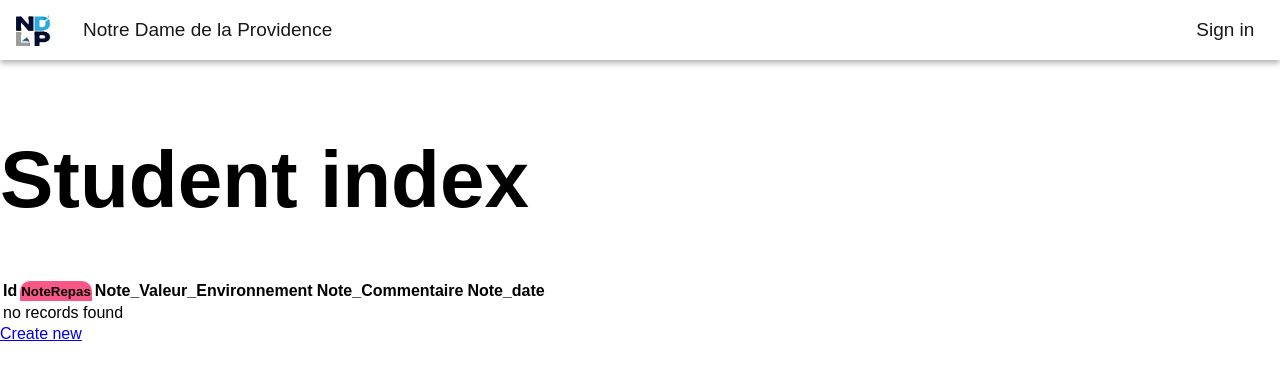
Repository: yaperson/self-feedback1
Page: templates/student/index.html.twig
These files come from the project's save history. The page is drawn as it stood at one moment and after the next save; the edit follows.
The browser window is 1280 px wide. The pictures show the whole page.
The page is a Twig template of a Symfony application; nobody is signed in and links lead nowhere. The template is opened directly, without the code that normally fills it, so the values that code supplies are empty.

Above is the page before, as saved 2021-12-09 16:46:41.

### templates/student/index.html.twig
{% extends 'base.html.twig' %}

{% block title %}Student index{% endblock %}

{% block body %}
    <h1>Student index</h1>

    <table class="table">
        <thead>
            <tr>
                <th>Id</th>
                <th style="background-color:#F85888; border-top-left-radius: 10px; -moz-border-radius-topleft: 10px; -webkit-border-top-left-radius: 10px; -khtml-border-top-left-radius: 10px; -icab-border-top-left-radius: 10px; -o-border-top-left-radius: 10px; border-top-right-radius: 10px; -moz-border-radius-topright: 10px; -webkit-border-top-right-radius: 10px; -khtml-border-top-right-radius: 10px; -icab-border-top-right-radius: 10px; -o-border-top-right-radius: 10px;"><small>NoteRepas</small></th>
                <th>Note_Valeur_Environnement</th>
                <th>Note_Commentaire</th>
                <th>Note_date</th>
                {# <th>actions</th> #}
            </tr>
        </thead>
        <tbody>
        {% for student in students %}
            <tr>
                <td>{{ student.id }}</td>
                <td>{{ student.noteRepas }}</td>
                <td>{{ student.noteValeurEnvironnement }}</td>
                <td>{{ student.noteCommentaire }}</td>
                <td>{{ student.noteDate ? student.noteDate|date('Y-m-d') : '' }}</td>
                {# <td>
                    <a href="{{ path('student_show', {'id': student.id}) }}">show</a>
                    <a href="{{ path('student_edit', {'id': student.id}) }}">edit</a>
                </td> #}
            </tr>
        {% else %}
            <tr>
                <td colspan="6">no records found</td>
            </tr>
        {% endfor %}
        </tbody>
    </table>

    <a href="{{ path('student_new') }}">Create new</a>
{% endblock %}

### templates/base.html.twig
<!doctype html>
<html lang="en">
  <head>
    <meta charset="utf-8">
    <meta name="viewport" content="width=device-width, initial-scale=1, shrink-to-fit=no">
    <meta name="description" content="">
    <meta name="author" content="">
    <title>
        {% block title %} Welcome!
        {% endblock %}

    </title>
    <link rel="shortcut icon" href="images/cropped-cropped-NDLP-3-min-e1544695116495.png" type="image/x-icon">
    <link rel="stylesheet" href="css/style.css">
    <link rel="stylesheet" href="css/home.css">
    <!-- Bootstrap core CSS -->
    {# <link rel="stylesheet" href="/css/bootstrap.css" > #}
    {# <link rel="stylesheet" href="/css/starter-template.css" > #}

    <!-- Bootstrap core JS    # MIS EN COMMENTAIRE CAR BUGUE, A REGLER #
    <script src="js/bootstrap.js" > -->

 {% block stylesheets %}
 {% endblock %}
 {% block javascripts %}
 {% endblock %}

  </head>

  <body>
        <nav class="topnav" id="myTopnav">
          <div id="left">
            <img class="topnav__link img" src="/images/cropped-cropped-NDLP-3-min-e1544695116495.png">
            <span class="topnav__link">Notre Dame de la Providence</span>
          </div>
          {% if is_granted('ROLE_USER') %}
              <div class="nav-link disabled">
                <i class="fas fa-user"></i>
                {% if app.user %}
                  <strong>{{ app.user.username }}</strong>
                {% endif %}
              </div>
              <a class="topnav__link" id="right" href="{{ path('app_logout') }}">{{'Logout'|trans}}</a>
              {% else %}
              <a class="topnav__link" id="right" href="{{ path('app_login') }}">{{'Sign in'|trans}}</a>
              {% endif %}
        </nav>

    <main>
          {% block body %}{% endblock %}

    </main><!-- /.container -->
    {#
    <!-- Bootstrap core JavaScript
    ================================================== -->
    <!-- Placed at the end of the document so the pages load faster -->
    <script src="https://code.jquery.com/jquery-3.2.1.slim.min.js" integrity="sha384-KJ3o2DKtIkvYIK3UENzmM7KCkRr/rE9/Qpg6aAZGJwFDMVNA/GpGFF93hXpG5KkN" crossorigin="anonymous"></script>
    <script>window.jQuery || document.write('<script src="../../../../assets/js/vendor/jquery-slim.min.js"><\/script>')</script>
    <script src="../../../../assets/js/vendor/popper.min.js"></script>
    <script src="../../../../dist/js/bootstrap.min.js"></script> #}
  </body>
</html>

### public/css/style.css
html{
    width: 100%;
    width: 100%;
    height: 100%;
}

body{
    display: grid;
    margin: 0;
    width: 100%;
    height: 100vh;
    font-family: Arial, Helvetica, sans-serif;
}

main {
  margin-top: 5rem;
}

#btn5 {
  background: linear-gradient(180deg, #2aa1d4 0%, rgba(42, 158, 207, 0.992) 0.01%, rgba(43, 158, 207, 0.65) 99.97%, rgba(41, 157, 207, 0.67) 99.98%, rgba(45, 170, 225, 0.89) 100%);
  box-shadow: 0px 4px 4px rgba(0, 0, 0, 0.12);
  border-radius: 30px;
  border: none;
}
/***********************************************/
.topnav {
  overflow: hidden;
  background-color: rgb(255, 255, 255);
  box-shadow: 0 3px 6px 0 rgb(175, 175, 175);
  user-select: none;
  z-index: 2;
  display: flex;
  align-items: center;
  justify-content: space-between;
  position: fixed;
  width: 100%;
}
.topnav .topnav__link {
  float: left;
  color: #181818;
  padding: 14px 16px;
  text-decoration: none;
  font-size: 19px;
  transition: 0.2s;
}
#left {
  display: flex;
  align-items: center;
}
#right {
  float: right;
  /* margin-left: 75%; */
  padding-right: 2%;
}
.img {
  width: 35px;
  height: 32px;
  left: 11px;
  top: 7px;
}
.topnav .topnav__link:hover {
  color: #060c18;
  transition: 0.2s;
}
  /*****/
  .foo-container {
    display: flex;
    position: absolute;
    justify-content: center;
    align-items: center;
    bottom: 0;
    width: 100%;
    /* height: 164px; */
    color: white;
    background: #424242;
  }
  .bloc {
    display: flex;
    justify-content: space-around;
    margin: 10px;
    width: 50%;
  }

/***********************************************/

.error{
  display: flex;
  position: absolute;
  justify-content: center;
  align-items: center;
  width: 100%;
  height: 50px;
  background-color: red;
  animation: kboom infinite 1s;
  color: white;
}

@keyframes kboom {
  0%{
    background-color: red;
  }
  100%{
    background-color: blue;
  }
}



element.style {
  background-image: url(assets/img/image1.jpg);
  height: 100vh;
}
.bg-image {
  display: flex;
  justify-content: center;
  align-items: center;
  position: relative;
  overflow: hidden;
  background-repeat: no-repeat;
  background-size: cover;
  background-position: 50%;
}

@media (max-width: 750px) {
  .foo-container {
    color: #b6b6fb;
  }
  .topnav {
    max-width: 100%;
  }
}

### public/css/home.css
.main__title{
    display: flex;
    justify-content: center;
}

h1{
    font-size: 5rem;
}

/***************/
.main__btn{
    justify-content: center;
    align-content: center;
    align-items: center;
    text-align: center;
    display: flex;
}

#btn5{
    display: flex;
    align-items: center;
    justify-content: center;
    position: relative;
    overflow: hidden;
    color: rgb(255, 255, 255);
    mix-blend-mode: normal;
    cursor: pointer;
    outline: none;
    border: none;
    width: 20%;
    height: 60px;
    text-decoration: none;
}
.TxtBtn {
    position: relative;
    pointer-events: none;
}

@media screen and (max-width: 750px) {
    main{
        max-width: 100%;
    }
    .main__title{
        max-width: 320px;
        font-size: 50px;
    }
    h3{
        font-size: 50px;
    }
    #target{
        font-size: 50px;
    }
}

After the next save:
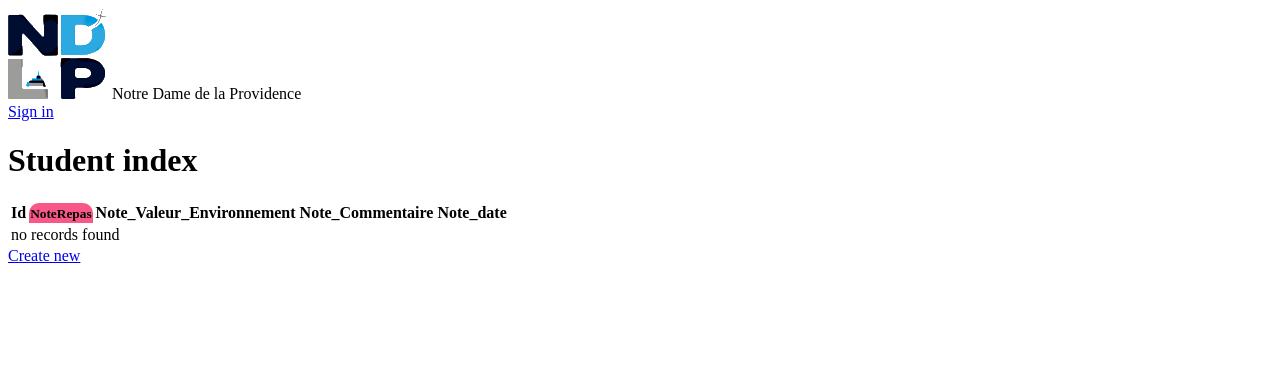
Saved 51 s later.
--- a/templates/base.html.twig
+++ b/templates/base.html.twig
@@ -11,8 +11,6 @@
 
     </title>
     <link rel="shortcut icon" href="images/cropped-cropped-NDLP-3-min-e1544695116495.png" type="image/x-icon">
-    <link rel="stylesheet" href="css/style.css">
-    <link rel="stylesheet" href="css/home.css">
     <!-- Bootstrap core CSS -->
     {# <link rel="stylesheet" href="/css/bootstrap.css" > #}
     {# <link rel="stylesheet" href="/css/starter-template.css" > #}

After the save that followed:
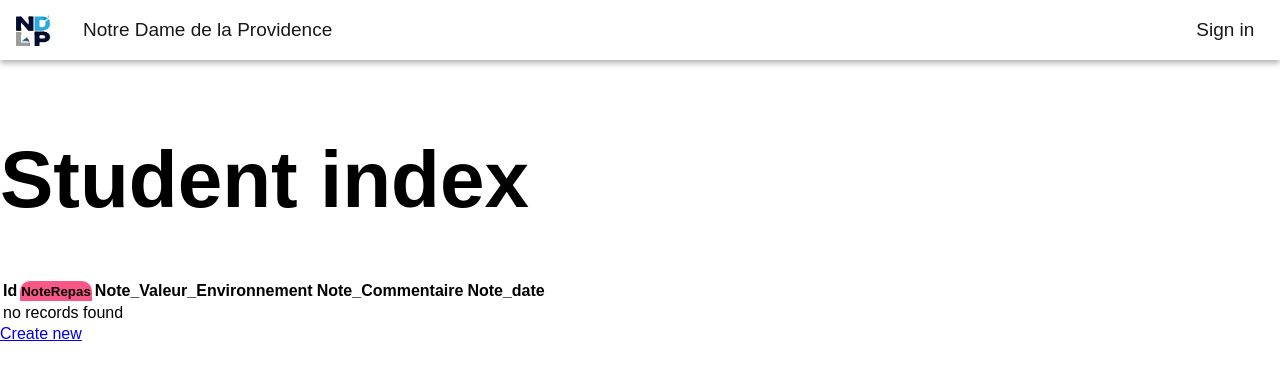
Saved 9 s later.
--- a/templates/base.html.twig
+++ b/templates/base.html.twig
@@ -11,6 +11,8 @@
 
     </title>
     <link rel="shortcut icon" href="images/cropped-cropped-NDLP-3-min-e1544695116495.png" type="image/x-icon">
+    <link rel="stylesheet" href="css/style.css">
+    <link rel="stylesheet" href="css/home.css">
     <!-- Bootstrap core CSS -->
     {# <link rel="stylesheet" href="/css/bootstrap.css" > #}
     {# <link rel="stylesheet" href="/css/starter-template.css" > #}
